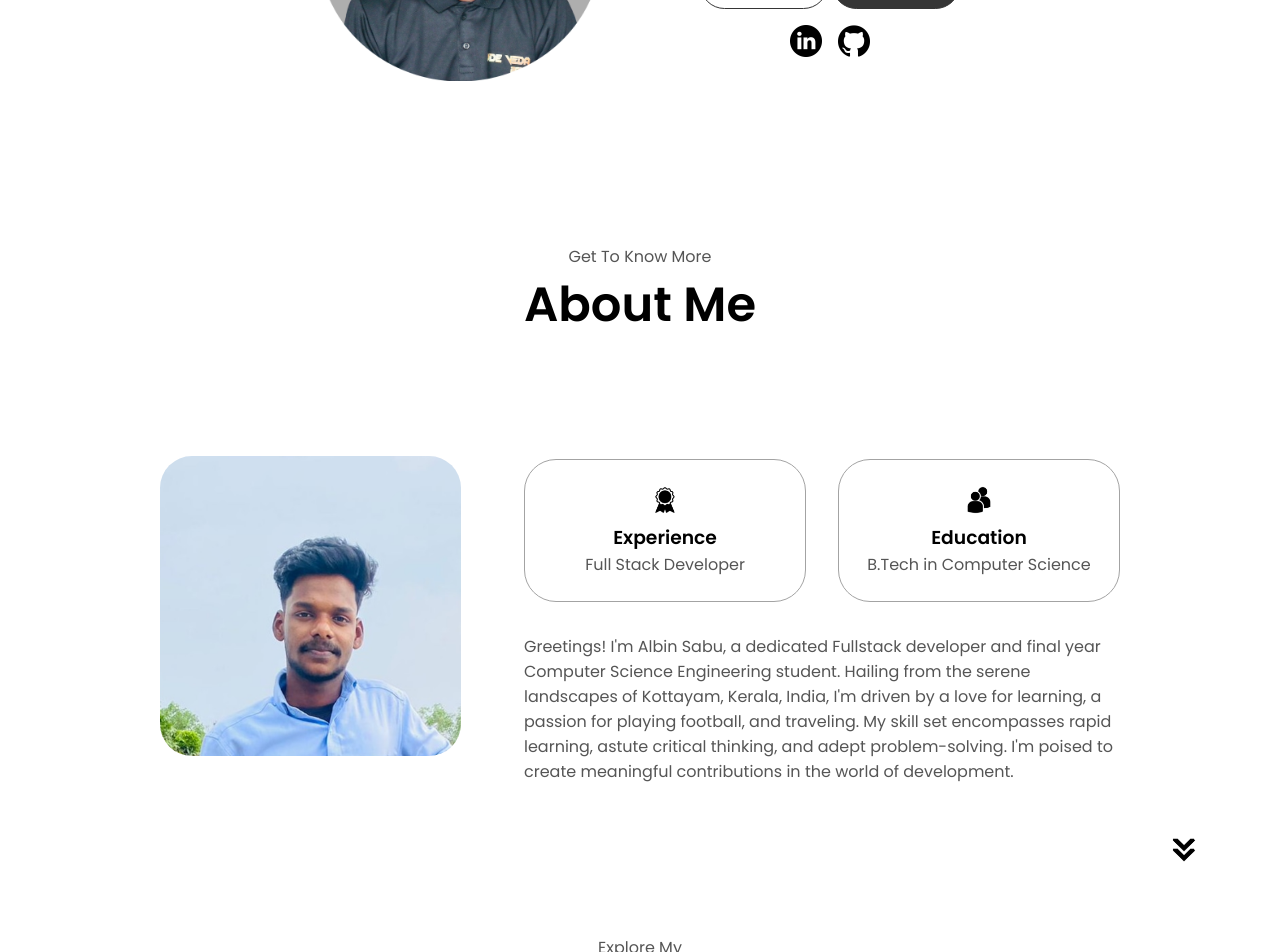
Repository: albinsabu2023/albinsabu
Page: index.html
The author's editor kept a copy of each file at every save. The page is drawn from the files as they stood at one save, then again after the next save.
The browser window is 1280 px wide. The pictures show the part of the page from y = 505 to 1457 px (the page is 3521 px tall before and 3617 px after).
A picture or video elsewhere on the page could not be fetched, so the positions and the page height are approximate.

Above is the page before, as saved 2023-08-30 14:10:35.

### index.html
<!DOCTYPE html>
<html lang="en">
<link>
    <meta charset="UTF-8">
    <meta name="viewport" content="width=device-width, initial-scale=1.0">
    <title>Albin Sabu</title>
    <link rel="stylesheet" href="style.css"/>
    <link rel="stylesheet" href="mediaqueries.css">
</head>
<body>
    <nav id="desktop-nav">
        <div class="logo">
            ALBIN SABU
        </div>
        <div>
            <ul class="nav-links">
                <li><a href="#about">About</a></li>
                <li><a href="#experience">Experience</a></li>
                <li><a href="#project">Project</a></li>
                <li><a href="#contact">Contact</a></li>
            </ul>
        </div>
    </nav>
    <nav id="hamburger-nav">
        <div clas="logo"> ALBIN SABU</div>
        <div class="hamburger-menu">
            <div class="hamburger-icon" onclick="toggleMenu()">
                <span></span>
                <span></span>
                <span></span>
            </div>
            <div class="menu-links">
                <li><a href="#about" onclick="toggleMenu()">About</a></li>
                <li><a href="#about" onclick="toggleMenu()">Experience</a></li>
                <li><a href="#about" onclick="toggleMenu()">Project</a></li>
                <li><a href="#about" onclick="toggleMenu()">Contact</a></li>
            </div>
        </div>
    </nav>
    <section id="profile">
        <div class="section__pic-container">
            <img src="./assets/Albin Sabu2.png" alt="profile-pic">
        </div>
        <div class="section__text">
            <p class="section__text__p1">Hello ,I'm</p>
            <h1 class="title">Albin Sabu</h1>
            <p class="section__text__p2">Software Developer</p>
            <div class="btn_container">
                <button class="btn btn-color-2" onclick="window.open('./assets/Albin sabu.pdf')">Download CV</button>
                <button class="btn btn-color-1" onclick="location.href='#contact'">Contact Info</button>
            </div>
            <div id="social-container">
                <img src="./assets/linkedin.png" alt="My Linkedin Profile" class="icon" onclick="location.href='https://www.linkedin.com/in/albin-sabu-377798230'">
                <img src="./assets/github.png" alt="My Github Profile" class="icon" onclick="location.href='https://github.com/albinsabu2023'">

            </div>
        </div>
    </section>
    <section id="about">
        <p class="section__text__p1">Get To Know More</p>
        <h1 class="title">About Me</h1>
        <div class="section-container">
            <div class="section__pic-container">
                <img src="./assets/ull.png" alt="profilepicture" class="about-pic">
            </div>
            <div class="about-details-container">
                <div class="about-container">
                    <div class="details-container">
                        <img src="./assets/experience.png" alt="experience icon" class="icon">
                        <h3>Experience</h3>
                        <p>Full Stack Developer</p>
                    </div>
                    <div class="details-container">
                        <img src="./assets/education.png" alt="experience icon" class="icon">
                        <h3>Education</h3>
                        <p>B.Tech in Computer Science</p>
                    </div>
                </div>
                <div class="text-container">
                    <p>Greetings! I'm Albin Sabu, a dedicated Fullstack developer and final year Computer Science Engineering student. Hailing
                    from the serene landscapes of Kottayam, Kerala, India, I'm driven by a love for learning, a passion for playing
                    football, and traveling. My skill set encompasses rapid learning, astute critical thinking, and adept
                    problem-solving.  I'm poised to create meaningful
                    contributions in the world of development.
                    </p>
                </div>
            </div>
        </div>
        <!-- onclick="locaiton.href='./#experience'" -->
       <img src="./assets/arrow.png" alt="arrow" class="icon arrow" >
    </section>
    <section id="experience">
        <p class="section__text__p1">Explore My</p>
        <h1 class="title">Experience</h1>
        <div class="experience-details-container">
            <div class="about-container">
                <div class="details-container">
                    <h2 class="experience-sub-title">FrontEnd</h2>
                    <div class="article-container">
                        <article>
                            <img src="./assets/checkmark.png" alt="experience-icon" class="icon">
                            <div>
                                <h3>HTML</h3>
                                <p>Experienced</p>
                            </div>
                        </article>
                        <article>
                            <img src="./assets/checkmark.png" alt="experience-icon" class="icon">
                            <div>
                                <h3>CSS</h3>
                                <p>Experienced</p>
                            </div>
                        </article>
                        <article>
                            <img src="./assets/checkmark.png" alt="experience-icon" class="icon">
                            <div>
                                <h3>Javascript</h3>
                                <p>Experienced</p>
                            </div>
                        </article>
                        <article>
                            <img src="./assets/checkmark.png" alt="experience-icon" class="icon">
                            <div>
                                <h3>Typescript</h3>
                                <p>Experienced</p>
                            </div>
                        </article>
                        <article>
                            <img src="./assets/checkmark.png" alt="experience-icon" class="icon">
                            <div>
                                <h3>NextJS</h3>
                                <p>Experienced</p>
                            </div>
                        </article>

                    </div>
                </div>
                <div class="details-container">
                    <h2 class="experience-sub-title">Backend</h2>
                    <div class="article-container">
                        <article>
                            <img src="./assets/checkmark.png" alt="experience-icon" class="icon">
                            <div>
                                <h3>Node.Js</h3>
                                <p>Experienced</p>
                            </div>
                        </article>
                        <article>
                            <img src="./assets/checkmark.png" alt="experience-icon" class="icon">
                            <div>
                                <h3>MongoDB</h3>
                                <p>Experienced</p>
                            </div>
                        </article>

                        <article>
                            <img src="./assets/checkmark.png" alt="experience-icon" class="icon">
                            <div>
                                <h3>Express.Js</h3>
                                <p>Intermediate</p>
                            </div>
                        </article>
                        <article>
                            <img src="./assets/checkmark.png" alt="experience-icon" class="icon">
                            <div>
                                <h3>Git</h3>
                                <p>Experienced</p>
                            </div>
                        </article>
                        <article>
                            <img src="./assets/checkmark.png" alt="experience-icon" class="icon">
                            <div>
                                <h3>firebase</h3>
                                <p>Experienced</p>
                            </div>
                        </article>

                    </div>
                </div>
            </div>
        </div>
        <img src="./assets/arrow.png" alt="arrow" class="icon arrow">
    </section>
    <section id="project">
        <p class="section__text__p1">Browse My Recent</p>
        <h1 class="title">Projects</h1>
        <div class="experience-details-container">
            <div class="about-container">
                <div class="details-container color-container">
                    <div class="article-container">
                        <img src="./assets/project-1.png" alt="project1" class="project-img">
                    </div>
                    <h2 class="experience-sub-title project-title" onclick="location.href=''">Project One</h2>
                    <div class="btn-container">
                        <button class="btn btn-color-2 project-btn">
                            Github
                        </button>

                    </div>
                </div>
                <div class="details-container color-container">
                    <div class="article-container">
                        <img src="./assets/project-2.png" alt="project1" class="project-img">
                    </div>
                    <h2 class="experience-sub-title project-title" onclick="location.href=''">Project Two</h2>
                    <div class="btn-container">
                        <button class="btn btn-color-2 project-btn">
                            Github
                        </button>

                    </div>
                </div>
                <div class="details-container color-container">
                    <div class="article-container">
                        <img src="./assets/project-3.png" alt="project1" class="project-img">
                    </div>
                    <h2 class="experience-sub-title project-title" onclick="location.href=''">Project Three</h2>
                    <div class="btn-container">
                        <button class="btn btn-color-2 project-btn">
                            Github
                        </button>

                    </div>
                </div>
            </div>
        </div>
        <img src="./assets/arrow.png" alt="arrow" class="icon arrow">
    </section >
    <section id="contact">
        <p class="section__text__p1">Get In Touch</p>
        <h1 class="title">Contact Me</h1>
        <div class="contact-info-upper-container">
            <div class="contact-info-container">
                <img src="./assets/email.png" alt="email icon" class="icon contact-icon email-icon">
                <p><a href="mailto:albinsullas13@gmail.com">albinsullas13@gmail.com</a></p>
            </div>
            <div class="contact-info-container">
                <img src="./assets/linkedin.png" alt="linkdin icon" class="icon contact-icon">
                <p><a href="https://www.linkedin.com/in/albin-sabu-377798230">LinkedIn</a></p>
            </div>
        </div>


    </section>
    <footer>
        <nav>
            <div class="nav-links-container">
                <ul class="nav-links">
                    <li><a href="#about">About</a></li>
                    <li><a href="#experience">Experience</a></li>
                    <li><a href="#project">Project</a></li>
                    <li><a href="#contact">Contact</a></li>
                </ul>
            </div>
        </nav>
        <p>Copyright &#169; 2023 Albin Sabu. All Rights Reserved</p>
    </footer>
    <script src="script.js"></script>
</body>
</html>

### style.css
@import url('https://fonts.googleapis.com/css2?family=Poppins:ital,wght@0,300;0,400;0,500;0,600;1,200;1,300;1,500;1,600&display=swap');

* {
    margin: 0;
    padding: 0;
}

body {
    font-family: 'Poppins', sans-serif;
}

html {
    scroll-behavior: smooth;
}

p {
    color: rgb(85, 85, 85);
}

a,
.btn {
    transition: all 300ms ease
}

/* Desktop navigation */
nav,
.nav-links {
    display: flex;

}

nav {
    justify-content: space-around;
    align-items: center;
    height: 17vh;

}

.nav-links {
    gap: 2rem;
    list-style: none;
    font-size: 1.5rem;
}
a{
    color:black;
    text-decoration: none;
    text-decoration-color: white;
}

a:hover{
    color:gray;
    text-decoration:underline;
    text-underline-offset:1rem ;
    text-decoration-color:rgb(181,181,181);
}

.logo{
    font-size:2rem;
}

#hamburger-nav{
    display:none;
}
.hamburger-menu{
    position: relative;
    display:inline-block;
}
.hamburger-icon{
    display: flex;
    flex-direction: column;
    justify-content: space-between;
    height: 24px;
    width: 30px;
    cursor: pointer;
}

.hamburger-icon span{
    width:100%;
    height: 2px;
    background-color: black;
    transition: all 0.3 ease-in-out;
}

.menu-links{
    position:absolute;
    top:100%;
    right:0%;

    width: fit-content;
    max-height: 0;
    overflow: hidden;
    transition: all 0.3 ease-in-out;
}

.menu-links{
    display: block;
    padding: 10px;
    text-align: center;
    font-size: 1.5rem;
    color: black;
    text-decoration: none;
    transform: all 0.3 ease-in-out;
}

.menu-links li{
    list-style: none;

}

.menu-links.open{
    max-height: 300px;
}

.hamburger-icon.open span:first-child{
    transform:rotate(45deg) translate(10px,5px);
}
.hamburger-icon.open span:nth-child(2){
   opacity:0;
}
.hamburger-icon.open span:last-child{
    transform:rotate(-45deg) translate(10px,-5px);
}

.hamburger-icon span:first-child{
    transform: none;
}
.hamburger-icon span:first-child{
    opacity:1;
}
.hamburger-icon span:first-child{
    transform: none;
}

section{
    padding-top:4vh ;
    height: 96vh;
    margin: 0 10rem;
    box-sizing: border-box;
    min-height: fit-content;
}

.section-container{
    display: flex;
}

#profile{
    display: flex;
    justify-content: center;
    gap: 5rem;
    height:  80vh;
}

.section__pic-container{
    display: flex;
    height: 400px;
    width: 400px;
    margin: auto 0;
}

.section__text{

    align-self:center;
    text-align: center;
}

.section__text p{
    font-weight: 600;
}
.section__text__p1{
    text-align: center;

}
.section__text__p2 {

    font-size: 1.75rem;
    margin-bottom: 1rem;
}

.title{
    font-size:3rem;
    text-align: center;
}
#social-container{
    display: flex;
    justify-content: center;
    margin-top: 1rem;
    gap: 1rem;
}

/* icon */
.icon{
    cursor: pointer;
    height: 2rem;
}

.btn-container{
    display: flex;
    justify-content:center;
    gap: 1rem;
}
.btn{
    font-weight: 600;
    transition: all 300ms ease;
    padding: 1rem;
    width: 8rem;
    border-radius: 2rem;

}

.btn-color-1,.btn-color-2{
    border:rgb(53,53,53) 0.1rem solid;
}
.btn-color-1:hover,
.btn-color-2:hover {
   cursor:pointer
}
.btn-color-1,
.btn-color-2:hover {
   background: rgb(53,53,53);
   color: white;
}

.btn-color-1:hover{
    background-color: rgb(0,0,0);

}
.btn-color-2{
    background:none
    ;
}
.btn-color-2:hover{
    border:rgb(255,255,255) 0.1rem solid;
}

/* About section */

#about{
    position: relative;
}
.about-container{
    gap:2rem;
    margin-bottom:2rem ;
    margin-top: 2rem;
}
.about-details-container{
    justify-content: center;
    flex-direction: column;
}

.about-container,.about-details-container{
    display: flex;
}

.about-pic{
    border-radius: 2rem;

}
.arrow{
    position:absolute;
    right:-5rem;
    bottom:2.5rem;
}

.details-container{
    padding:1.5rem ;
    flex: 1;
    background: white;
    border-radius: 2rem;
    border: rgb(53,53,53) 0.1rem solid;
    border-color: rgb(163,163,163);
    text-align: center;

}

.section-container{
    gap: 4rem;
    height: 80%;
}

.section__pic-container{
    height: 300px;
    width:300px ;
    margin:auto 0;
}

/* experience */

#experience{
    position:relative;
}

.experience-sub-title{
    color:rgb(85,85,85);
    font-weight: 600;
    font-size: 1.75rem;
    margin-bottom:2rem;
}

.experience-details-container{
    display: flex;
    justify-content: center;
    flex-direction: column;
}
.article-container{
    display: flex;
    text-align: initial;
    flex-wrap: wrap;
    flex-direction: row;
    gap: 2.5rem;
    justify-content: space-around;
}

article{
    display: flex;
    width: 10rem;
    justify-content: space-around;
    gap:0.5rem ;
}

.article .icon{
    cursor:default;
}

/* project */

#project{
    position: relative;
}

.color-container{
    border-color: rgb(163,163,163);
    background: rgb(250,250,250);
}
.project-img{
    border-radius: 2rem;
    width: 90%;
    height: 90%;
}
.project-title{
    margin: 1rem;
    color:black;
}

.project-btn{
    color: black;
    border-color: rgb(163, 163, 163);
}

#contact{
    display: flex;
    justify-content: center;
    flex-direction: column;
    height: 75vh;

}

.contact-info-upper-container{
    display: flex;
    justify-content: center;
    border-radius:2rem ;
    border: rgb(53,53,53) 0.1rem solid;
    border-color: rgb(163, 163, 163);
    background: rgb(250,250,250);
    margin: 2rem auto;
    padding: 0.5rem;
}

.contact-info-container{
    display: flex;
    align-items: center;
    justify-content: center;
    gap: 0.5rem;
    margin: 1rem;
}

.contact-info-container p{
    font-size: larger;

}
.contact-icon{
    cursor:default;

}
.email-icon{
    height: 2.5rem;
}
/* footer */

footer{
    height: 26vh;
    margin: 0 1rem;
}
footer p{
    text-align: center;
}

### mediaqueries.css
@media screen and (max-width:1400px) {
   #profile{
    height:83vh;

    }
}

@media screen and (max-width:1200px){
    #desktop-nav{
        display: none;
    }
    #hamburger-nav{
        display: flex;
    }
}

Loaded but not shown: script.js (common file)

After the next save:
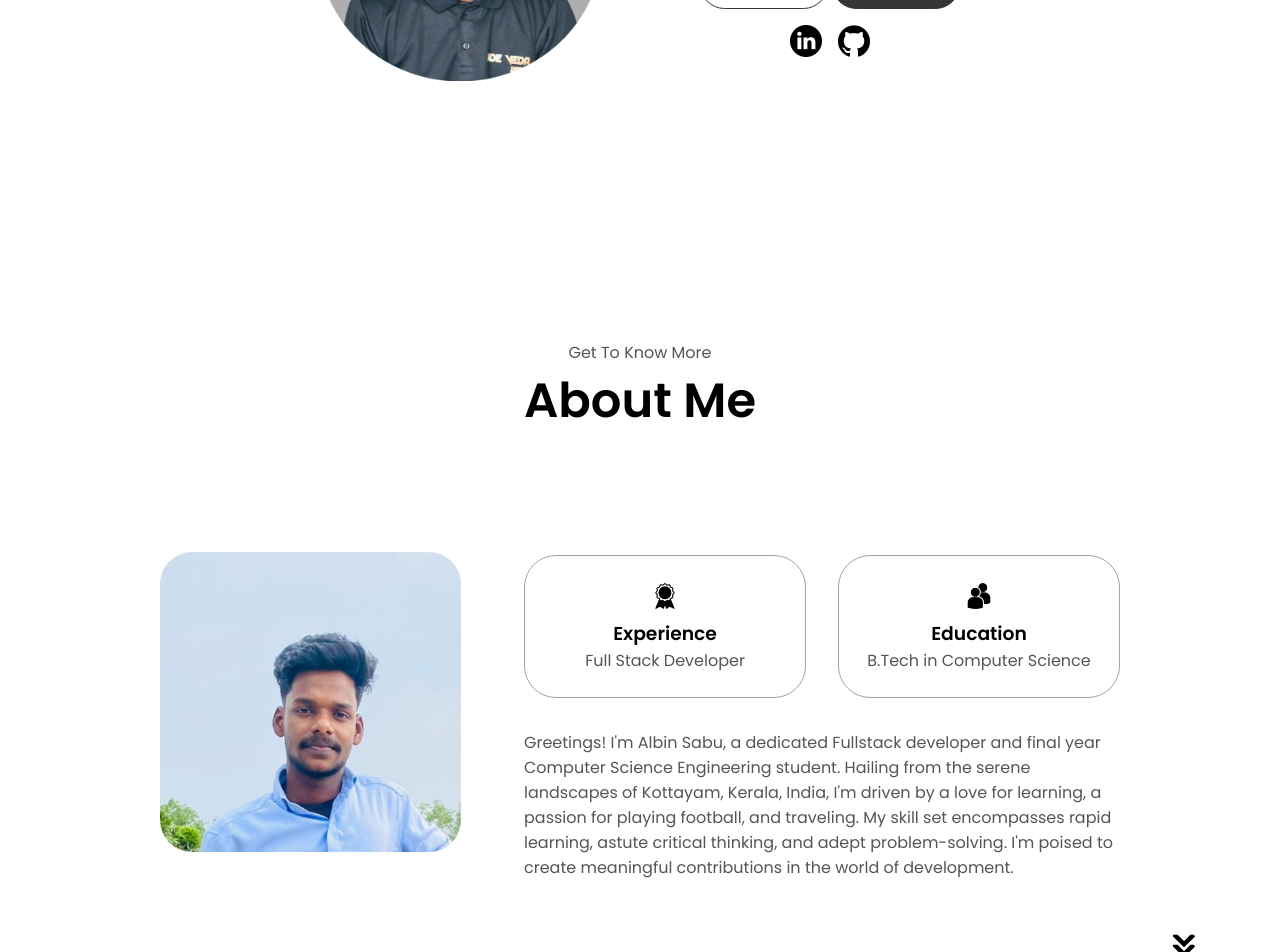
Saved 12 s later.
--- a/mediaqueries.css
+++ b/mediaqueries.css
@@ -1,7 +1,7 @@
 @media screen and (max-width:1400px) {
    #profile{
     height:83vh;
-
+    margin-bottom: 6rem;
     }
 }
 
